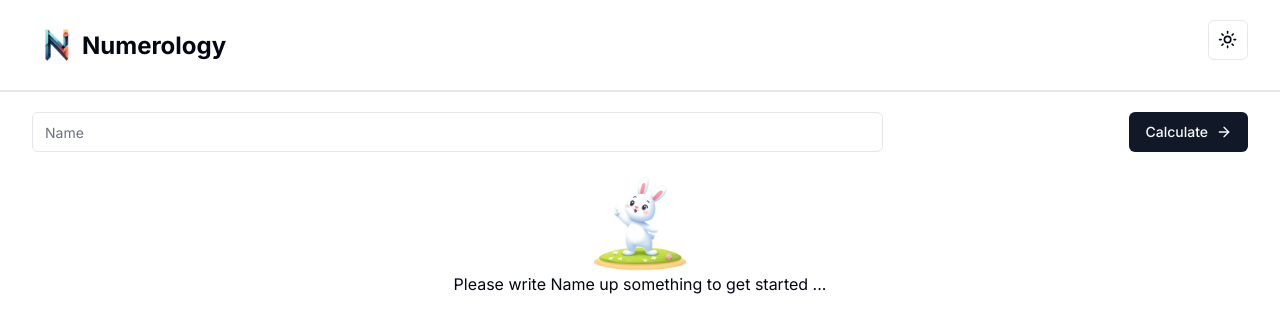
Repository: RaghunadhSahitDruvam/mynumerology
Page: /
The author's editor kept a copy of each file at every save. The page is drawn from the files as they stood at one save, then again after the next save.
The browser window is 1280 px wide. The pictures show the whole page.
The project was rebuilt for these pictures with package versions that can differ from the ones it lists, and the page was loaded fresh each time. The framework's server and built-in components were replaced by stand-ins that run in the browser. Also part of the build but not shown: next.config.js.

Above is the page before, as saved 2023-12-19 17:01:09.

After the next save:
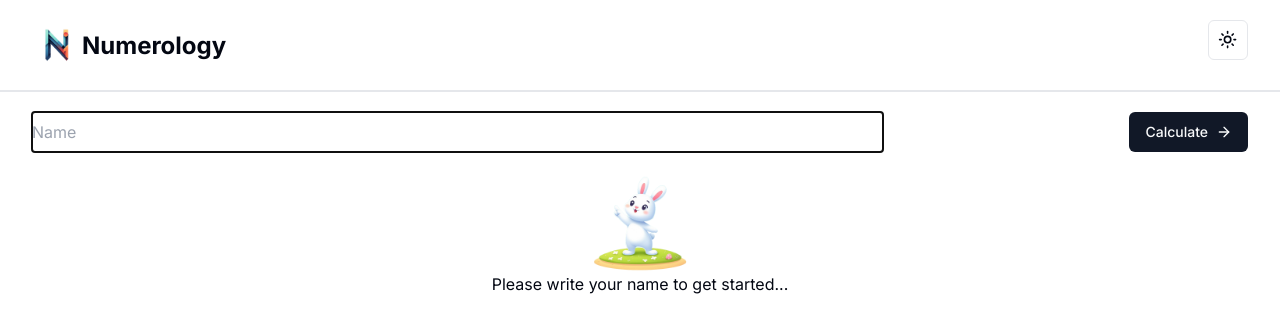
Saved 59 s later.
--- a/app/page.tsx
+++ b/app/page.tsx
@@ -1,15 +1,13 @@
 // @ts-nocheck
 "use client";
-import React, { useState } from "react";
+import React, { useEffect, useRef, useState } from "react";
 import { Input } from "@/components/ui/input";
 import { Button } from "@/components/ui/button";
 import { ArrowRight } from "lucide-react";
 import axios from "axios";
 import Header from "@/components/header";
 import Image from "next/image";
-import Link from "next/link";
-import { useRouter } from "next/navigation";
-import { useSearchParams } from "next/navigation";
+import { useRouter, useSearchParams } from "next/navigation";
 
 interface DataSource {
   name_g2_block?: string;
@@ -23,16 +21,53 @@ interface DataSource {
   tot_letters?: number;
 }
 
+// Custom Input component that only allows letters and spaces
+const CustomInput = ({ onChange, ...props }) => {
+  const inputRef = useRef(null);
+
+  const handleInputChange = (e) => {
+    const inputValue = e.target.value;
+    // Use a regular expression to allow only letters (a-z, A-Z) and spaces
+    const sanitizedValue = inputValue.replace(/[^a-zA-Z\s]/g, "");
+    // Update the input value
+    if (onChange) {
+      onChange({ target: { value: sanitizedValue } });
+    }
+  };
+
+  return <input ref={inputRef} onChange={handleInputChange} {...props} />;
+};
+
 const Page: React.FC = () => {
   let [textName, setTextName] = useState<string>("");
   const [dataSource, setDataSource] = useState<DataSource | null>(null);
-  const router = useRouter();
   const searchParams = useSearchParams();
   let search = searchParams.get("name");
-  console.log(search);
-  if (search !== null) {
-    textName = search;
-  }
+  const router = useRouter();
+
+  useEffect(() => {
+    if (search !== null && search !== textName) {
+      setTextName(search);
+    }
+  }, [search, textName]);
+
+  const inputFocusRef = useRef(null);
+  const buttonRef = useRef(null);
+
+  useEffect(() => {
+    if (
+      inputFocusRef.current &&
+      document.activeElement !== inputFocusRef.current
+    ) {
+      inputFocusRef.current.focus({
+        behavior: "smooth",
+      });
+    }
+
+    if (search !== null && buttonRef.current) {
+      buttonRef.current.click();
+    }
+  }, [search]);
 
   const submitHandler = (e: React.FormEvent<HTMLFormElement>) => {
     e.preventDefault();
@@ -41,23 +76,31 @@ const Page: React.FC = () => {
       .then((res) => setDataSource(res.data));
   };
 
+  const updateURL = (newTextName: string) => {
+    router.push(`?name=${encodeURIComponent(newTextName)}`);
+  };
+
   return (
     <div className="">
       <Header />
-
       <div>
         <form
           className="container gap flex justify-between"
-          onSubmit={submitHandler}
+          onSubmit={(e) => submitHandler(e)}
         >
-          <Input
+          <CustomInput
             type="text"
             placeholder="Name"
             className="w-[70%]"
             value={textName}
-            onChange={(e) => setTextName(e.target.value)}
+            ref={inputFocusRef}
+            onChange={(e) => {
+              const newValue = e.target.value;
+              setTextName(newValue);
+              updateURL(newValue);
+            }}
           />
-          <Button type="submit">
+          <Button type="submit" ref={buttonRef}>
             Calculate <ArrowRight className="ml-2 h-4 w-4" />
           </Button>
         </form>
@@ -149,15 +192,17 @@ const Page: React.FC = () => {
           <div className="container flex  items-start mt-[10px] justify-between">
             {" "}
             Total Letters - {dataSource?.tot_letters}
-            <Button
-              variant={"destructive"}
-              onClick={() => {
-                setDataSource(null);
-                setTextName("");
-              }}
-            >
-              Cancel
-            </Button>
+            <Link href={"/"}>
+              <Button
+                variant={"destructive"}
+                onClick={() => {
+                  setDataSource(null);
+                  setTextName("");
+                }}
+              >
+                Cancel
+              </Button>
+            </Link>
           </div>
         </>
       ) : (
@@ -172,7 +217,7 @@ const Page: React.FC = () => {
             />
           </div>
           <div className="container flex justify-center align-middle">
-            <h1>Please write Name up something to get started ...</h1>
+            <h1>Please write your name to get started...</h1>
           </div>
         </>
       )}
